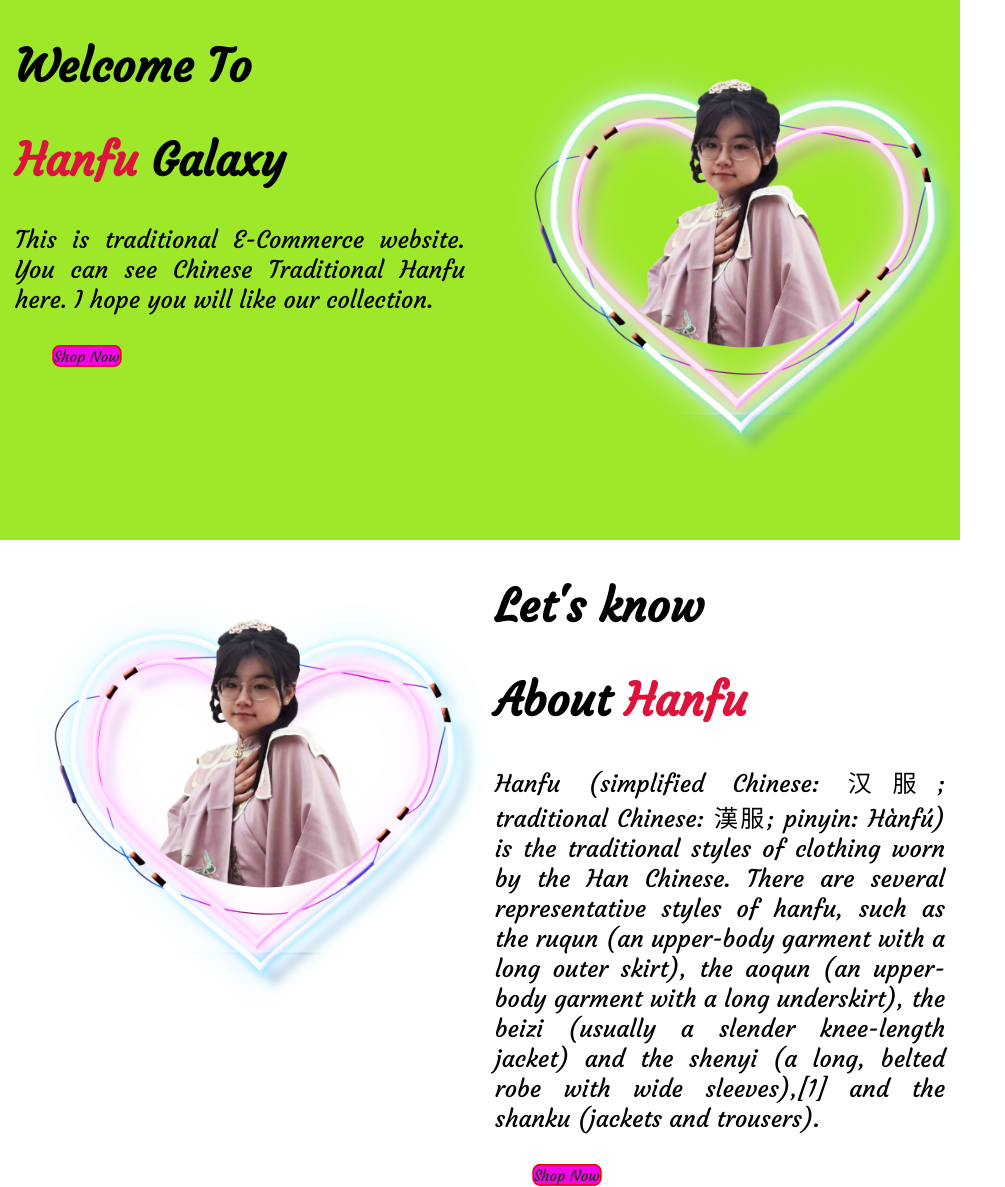
Repository: ramizraaz/E-Commerce
Page: index.html
An editor plug-in stored every save of this project. The page is shown before and after the next save, followed by the edit.
The browser window is 1280 px wide. The page is 1340 px wide, so the pictures cover 1340 px, including what lies to the right of the window. The pictures show the whole page, at 75% of full size.

Above is the page before, as saved 2022-02-06 21:24:28.

### index.html
<!DOCTYPE html>
<html lang="en">

<head>
    <meta charset="UTF-8">
    <meta http-equiv="X-UA-Compatible" content="IE=edge">
    <meta name="viewport" content="width=device-width, initial-scale=1.0">
    <title>Document</title>
    <link rel="stylesheet" href="main.css">
</head>

<body>
    <section class="top">
        <div class="container">
            <h1>Welcome To </h1>
            <h1><span> Hanfu </span>Galaxy</h1>
            <p>This is traditional E-Commerce website. You can see Chinese Traditional Hanfu here. I hope you will like our collection.
            </p>
            <a href="index.html">Shop Now</a>
        </div>
        <div class="container">
            <img src="images/bg-1.png" alt="showart">
        </div>
    </section>
    <section class="mid">
        <div class="container">
            <img src="images/bg-1.png" alt="showart">
        </div>
        <div class="container">
            <h1>Let's know </h1>
            <h1>About<span> Hanfu </span></h1>
            <p>Hanfu (simplified Chinese: 汉服; traditional Chinese: 漢服; pinyin: Hànfú) is the traditional styles of clothing worn by the Han Chinese. There are several representative styles of hanfu, such as the ruqun (an upper-body garment with a long outer
                skirt), the aoqun (an upper-body garment with a long underskirt), the beizi (usually a slender knee-length jacket) and the shenyi (a long, belted robe with wide sleeves),[1] and the shanku (jackets and trousers).
            </p>
            <a href="index.html">Shop Now</a>
        </div>
    </section>
</body>

</html>

### main.css
@import url('https://fonts.googleapis.com/css2?family=Courgette&display=swap');
body {
    font-family: 'Courgette', cursive;
    margin: 0;
    font-size: 2rem;
}

h1 {
    font-size: 60px;
}

p {
    text-align: justify;
}

span {
    color: crimson;
}

img {
    width: 700px;
}

a {
    text-decoration: none;
    border: 2px solid #f10404;
    border-radius: 10px;
    font-size: 20px;
    margin-left: 50px;
    background-color: #f104e6;
    color: rgb(44, 44, 41);
}

.top {
    display: flex;
    background-color: #93e60fe3;
    height: 100vh;
}

.container {
    width: 50%;
    padding-left: 20px;
}

.mid {
    display: flex;
}

.mid .container {
    padding: 0px 20px 0px 0px;
}

After the next save:
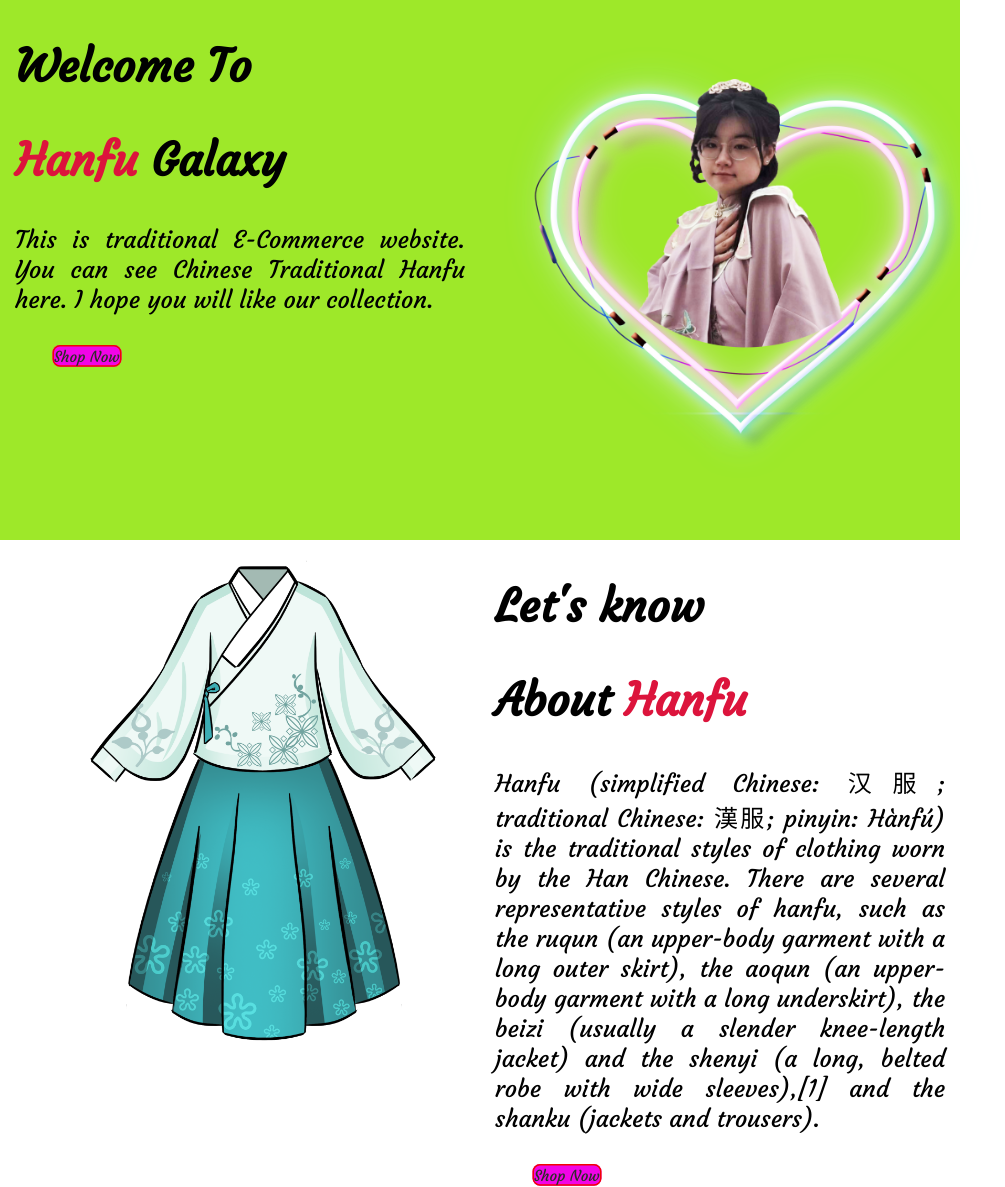
Saved 107 s later.
--- a/index.html
+++ b/index.html
@@ -24,7 +24,7 @@
     </section>
     <section class="mid">
         <div class="container">
-            <img src="images/bg-1.png" alt="showart">
+            <img src="images/bg-2.png" alt="showart">
         </div>
         <div class="container">
             <h1>Let's know </h1>
